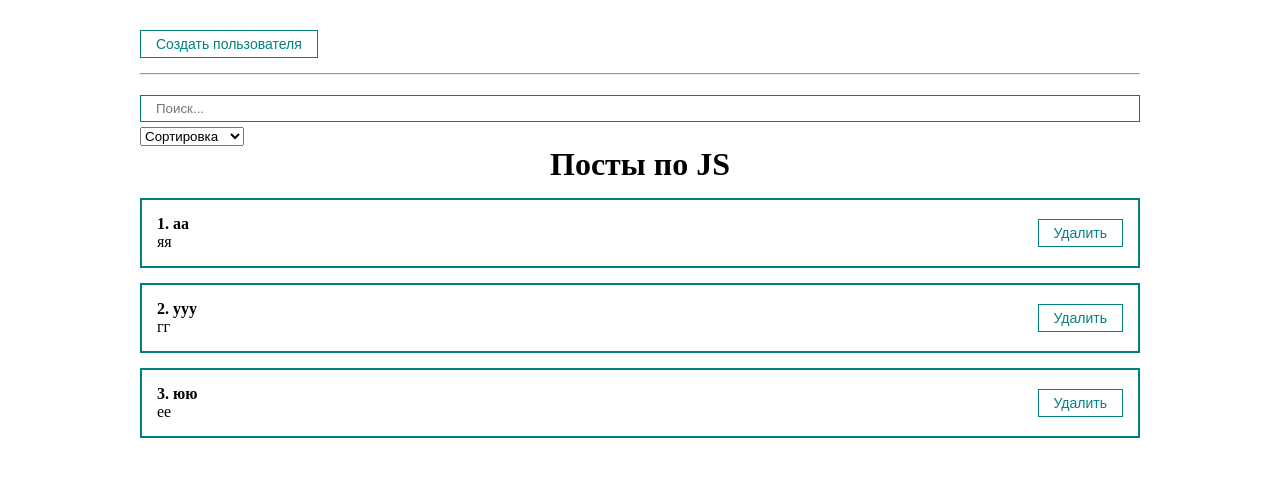
Repository: otvertka/ulb
Page: /
The author's editor kept a copy of each file at every save. The page is drawn from the files as they stood at one save, then again after the next save.
The browser window is 1280 px wide. The pictures show the whole page.
The project was rebuilt for these pictures with package versions that can differ from the ones it lists, and the page was loaded fresh each time. Also part of the build but not shown: src/components/Counter.jsx, src/components/ClassCounter.jsx.

Above is the page before, as saved 2023-06-13 17:09:08.

### public/index.html
<!DOCTYPE html>
<html lang="en">
  <head>
    <meta charset="utf-8" />
    <meta name="viewport" content="width=device-width, initial-scale=1" />

    <title>React App</title>
  </head>
  <body>
    <noscript>You need to enable JavaScript to run this app.</noscript>
    <div id="root">
      <!-- ЗДЕСЬ БУДЕТ НАШЕ JS ПРИЛОЖЕНИЕ -->
    </div>
  </body>
</html>

### src/index.js
import React from "react";
import ReactDOM from "react-dom";
import App from "./App";

// const root = ReactDOM.createRoot(document.getElementById("root"));
// root.render(<App />);
ReactDOM.render(<App />, document.getElementById("root"));

### src/App.js
import React, { useState, useMemo, useRef } from "react";

import Counter from "./components/Counter";
import ClassCounter from "./components/ClassCounter";
import "./styles/App.css";
import PostItem from "./components/PostItem";
import PostList from "./components/PostList";
import MyButton from "./components/UI/button/MyButton";
import MyInput from "./components/UI/input/MyInput";
import PostForm from "./components/PostForm";
import MySelect from "./components/UI/select/MySelect";
import PostFilter from "./components/PostFilter";
import MyModal from "./components/UI/MyModal/MyModal";
import { usePosts } from "./hooks/usePosts";

function App() {
  const [posts, setPosts] = useState([
    { id: 1, title: "аа", body: "яя" },
    { id: 2, title: "ууу", body: "гг" },
    { id: 3, title: "юю", body: "ее" },
  ]);

  const [filter, setFilter] = useState({ sort: "", query: "" });
  const [modal, setModal] = useState(false);
  const sortedAndSearchedPosts = usePosts(posts, filter.sort, filter.query);

  const createPost = (newPost) => {
    setPosts([...posts, newPost]);
    setModal(false);
  };

  // Получаем post из дочернего компонента
  const removePost = (post) => {
    setPosts(posts.filter((p) => p.id !== post.id));
  };

  // импортируем компонент
  return (
    <div className="App">
      <MyButton style={{ marginTop: 30 }} onClick={() => setModal(true)}>
        Создать пользователя
      </MyButton>

      <MyModal visible={modal} setVisible={setModal}>
        <PostForm create={createPost} />
      </MyModal>

      <hr style={{ margin: "15px 0" }} />
      <PostFilter filter={filter} setFilter={setFilter} />
      <PostList
        remove={removePost}
        posts={sortedAndSearchedPosts}
        title="Посты по JS"
      />
    </div>
  );
}

export default App;

### src/styles/App.css
* {
  margin: 0;
  padding: 0;
  box-sizing: border-box;
}

/* Рут- блок из index.html */
#root {
  display: flex;
  justify-content: center;
}

.App {
  width: 1000px;
}

.post {
  display: flex;
  padding: 15px;
  border: 2px solid teal;
  margin-top: 15px;
  justify-content: space-between;
  align-items: center;
}

.post-enter {
  transform: translateX(-450px);
}
.post-enter-active {
  transform: translateX(0px);
  transition: all 500ms ease-in;
}
.post-exit {
  opacity: 1;
}
.post-exit-active {
  transform: translateX(-450px);
  transition: all 500ms ease-in;
}

### src/components/PostItem.jsx
import React from "react";
import MyButton from "./UI/button/MyButton";

// Props - входные данные в контексте Реакта. Можно представлять, что это аргумент функции, в кот. мы можем что-то передавать снаружи
const PostItem = (props) => {
  // console.log(props);
  return (
    <div className="post">
      <div className="post__content">
        <strong>
          {props.number}. {props.post.title}
        </strong>
        <div>{props.post.body}</div>
      </div>
      <div className="post__btns">
        <MyButton onClick={() => props.remove(props.post)}>Удалить</MyButton>
      </div>
    </div>
  );
};

export default PostItem;

### src/components/PostList.jsx
import React from "react";
import PostItem from "./PostItem";
import { TransitionGroup, CSSTransition } from "react-transition-group";

const PostList = ({ posts, title, remove }) => {
  if (!posts.length) {
    return <h1 style={{ textAlign: "center" }}>Посты не найдены!</h1>;
  }
  return (
    <div>
      <h1 style={{ textAlign: "center" }}>{title}</h1>
      <TransitionGroup>
        {posts.map((post, index) => (
          <CSSTransition key={post.id} timeout={500} classNames="post">
            <PostItem remove={remove} number={index + 1} post={post} />
          </CSSTransition>
        ))}
      </TransitionGroup>
    </div>
  );
};

export default PostList;

### src/components/UI/button/MyButton.jsx
import React from "react";
import classes from "./MyButton.module.css";

const MyButton = ({ children, ...props }) => {
  return (
    //
    <button {...props} className={classes.myBtn}>
      {children}
    </button>
  );
};

export default MyButton;

### src/components/UI/input/MyInput.jsx
import React from "react";
import classes from "./MyInput.module.css";

const MyInput = React.forwardRef((props, ref) => {
  return (
    //
    <input ref={ref} className={classes.myInput} {...props} />
  );
});

export default MyInput;

### src/components/PostForm.jsx
import React, { useState } from "react";
import MyInput from "./UI/input/MyInput";
import MyButton from "./UI/button/MyButton";

const PostForm = ({ create }) => {
  const [post, setPost] = useState({ title: "", body: "" });

  const addNewPost = (e) => {
    e.preventDefault();

    const newPost = { ...post, id: Date.now() };
    create(newPost);
    setPost({ title: "", body: "" });
  };
  return (
    <form>
      {/* Управляемый компонент */}
      <MyInput
        value={post.title}
        onChange={(e) => setPost({ ...post, title: e.target.value })}
        type="text"
        placeholder="Название поста"
      ></MyInput>
      {/* Неуправляемый\ Неконтролируемый компонент */}
      <MyInput
        value={post.body}
        onChange={(e) => setPost({ ...post, body: e.target.value })}
        type="text"
        placeholder="Описание поста"
      ></MyInput>
      <MyButton onClick={addNewPost}>Создать пост</MyButton>
    </form>
  );
};

export default PostForm;

### src/components/UI/select/MySelect.jsx
import React from "react";

const MySelect = ({ options, defaultValue, value, onChange }) => {
  return (
    //
    <select value={value} onChange={(event) => onChange(event.target.value)}>
      <option disabled value="">
        {defaultValue}
      </option>
      {options.map((option) => (
        <option key={option.value} value={option.value}>
          {option.name}
        </option>
      ))}
    </select>
  );
};

export default MySelect;

### src/components/PostFilter.jsx
import React from "react";
import MyInput from "./UI/input/MyInput";
import MySelect from "./UI/select/MySelect";

const PostFilter = ({ filter, setFilter }) => {
  return (
    //
    <div>
      <MyInput
        value={filter.query}
        onChange={(e) => setFilter({ ...filter, query: e.target.value })}
        placeholder="Поиск..."
      />
      <MySelect
        value={filter.sort}
        onChange={(selectedSort) =>
          setFilter({ ...filter, sort: selectedSort })
        }
        defaultValue="Сортировка"
        options={[
          { value: "title", name: "По названию" },
          { value: "body", name: "По описанию" },
        ]}
      />
    </div>
  );
};

export default PostFilter;

### src/components/UI/MyModal/MyModal.jsx
import React from "react";
import cl from "./MyModal.module.css";

const MyModal = ({ children, visible, setVisible }) => {
  const rootClasses = [cl.myModal];

  if (visible) {
    rootClasses.push(cl.active);
  }
  return (
    <div className={rootClasses.join(" ")} onClick={() => setVisible(false)}>
      <div className={cl.myModalContent} onClick={(e) => e.stopPropagation()}>
        {children}
      </div>
    </div>
  );
};

export default MyModal;

### src/hooks/usePosts.js
import { useMemo } from "react";

export const useSortedPosts = (posts, sort) => {
  const sortedPosts = useMemo(() => {
    if (sort) {
      return [...posts].sort(
        (a, b) => a[sort].localeCompare(b[sort]) // развернём Посты в новый массив и мутируем его
      );
    }
    return posts;
  }, [sort, posts]);

  return sortedPosts;
};

export const usePosts = (posts, sort, query) => {
  const sortedPosts = useSortedPosts(posts, sort);

  const sortedAndSearchedPosts = useMemo(() => {
    return sortedPosts.filter((post) =>
      post.title.toLowerCase().includes(query.toLowerCase())
    );
  }, [query, sortedPosts]);

  return sortedAndSearchedPosts;
};

### src/components/UI/MyModal/MyModal.module.css
.myModal {
  position: fixed;
  top: 0;
  bottom: 0;
  right: 0;
  left: 0;
  display: none;
  background: rgba(0, 0, 0, 0.4);
}

.myModalContent {
  padding: 25px;
  background: rgb(240, 202, 202);
  border-radius: 16px;
  min-width: 250px;
}

.myModal.active {
  display: flex;
  justify-content: center;
  align-items: center;
}

Loaded but not shown: src/components/UI/button/MyButton.module.css (common file); src/components/UI/input/MyInput.module.css (common file)

After the next save:
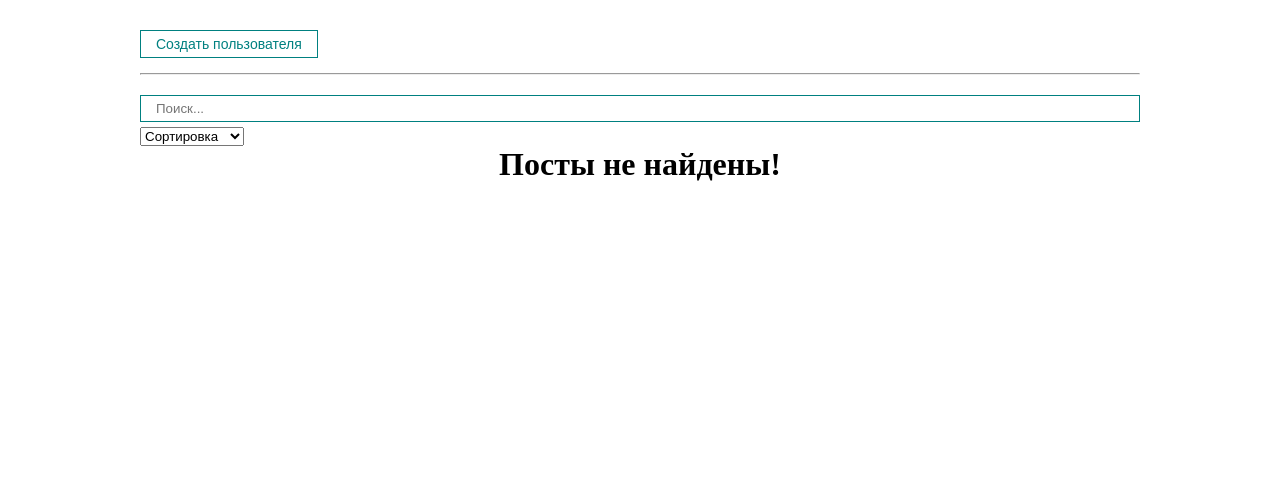
Saved 37 s later.
--- a/src/App.js
+++ b/src/App.js
@@ -14,11 +14,7 @@ import MyModal from "./components/UI/MyModal/MyModal";
 import { usePosts } from "./hooks/usePosts";
 
 function App() {
-  const [posts, setPosts] = useState([
-    { id: 1, title: "аа", body: "яя" },
-    { id: 2, title: "ууу", body: "гг" },
-    { id: 3, title: "юю", body: "ее" },
-  ]);
+  const [posts, setPosts] = useState([]);
 
   const [filter, setFilter] = useState({ sort: "", query: "" });
   const [modal, setModal] = useState(false);
